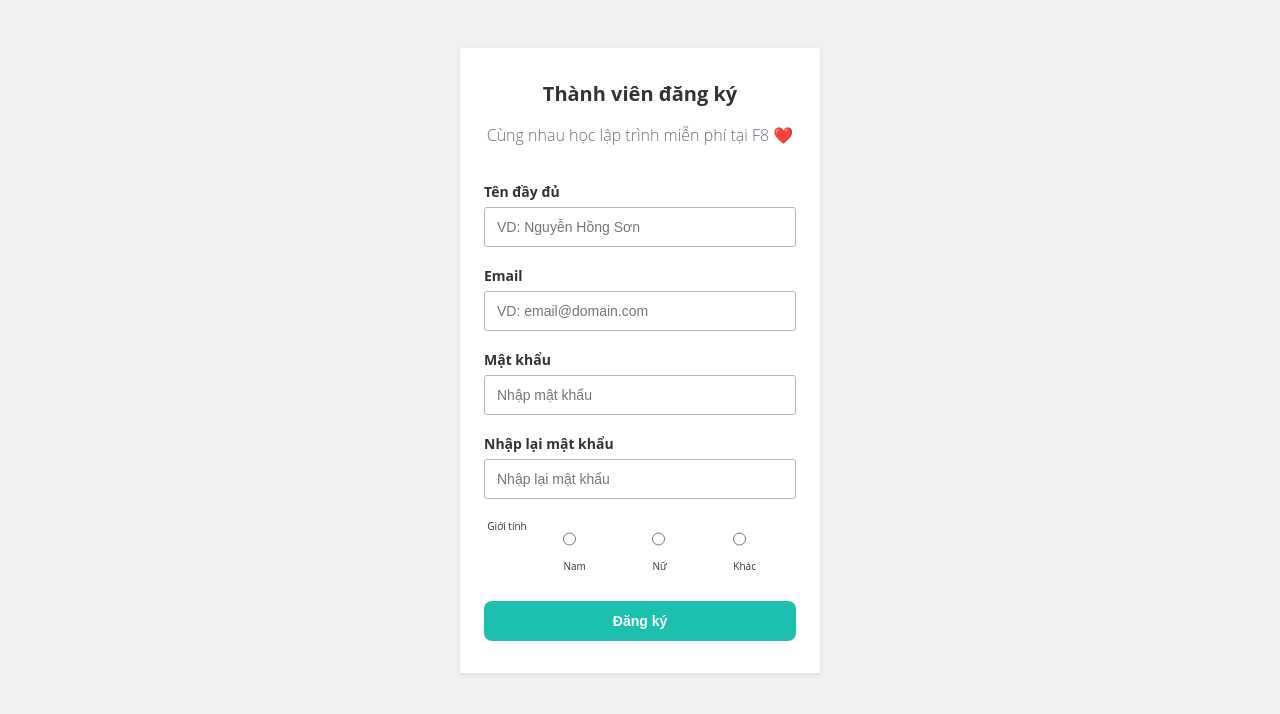
Repository: ahihison/Validation
Page: index.html
An editor plug-in stored every save of this project. The page is shown before and after the next save, followed by the edit.
The browser window is 1280 px wide. The pictures show the whole page.

Above is the page before, as saved 2022-08-31 09:37:16.

### index.html
<!DOCTYPE html>
<html lang="en">
<head>
    <meta charset="UTF-8">
    <meta http-equiv="X-UA-Compatible" content="IE=edge">
    <meta name="viewport" content="width=device-width, initial-scale=1.0">
    <link rel="stylesheet" href="./style.css">
    <title>Document</title>
</head>
<body>
    <div class="container">
        <form action="" method="POST" class="form" id="form-1" >
            <h3 class="heading">Thành viên đăng ký</h3>
            <p class="desc">Cùng nhau học lập trình miễn phí tại F8 ❤️</p>
            <div class="spacer"></div>

            <div class="form-group">
                <label for="fullname" class="form-label" >Tên đầy đủ</label>
                <input type="text" name="fullname" id="fullname" placeholder="VD: Nguyễn Hồng Sơn" class="form-control">
                <span class="form-message"></span>
            </div>
            <div class="form-group">
                <label for="email" class="form-label" >Email</label>
                <input type="text" name="email" id="email" placeholder="VD: email@domain.com" class="form-control">
                <span class="form-message"></span>
            </div>
            <div class="form-group">
                <label for="password" class="form-label" >Mật khẩu</label>
                <input type="password" name="password" id="password" placeholder="Nhập mật khẩu" class="form-control">
                <span class="form-message"></span>
            </div>
            <div class="form-group">
                <label for="password_confirmation" class="form-label" >Nhập lại mật khẩu</label>
                <input type="password" name="password_confirmation" id="password_confirmation" placeholder="Nhập lại mật khẩu" class="form-control">
                <span class="form-message"></span>
            </div>
            <div class="form-group genderformat">
               <span>Giới tính</span>

                <div>
                    <input type="radio" name="gender" value="male" id="gender" class="form-control">
                    <span id="gender">Nam</span>
                </div>
                <div>
                    <input type="radio" name="gender" value="female" id="gender" class="form-control">
                    <span id="gender">Nữ</span>
                </div>
                <div>
                    <input type="radio" name="gender" value="orther" class="form-control" id="gender">
                    <span id="gender">Khác</span>

                </div>
                <span class="form-message"></span>
            </div>


            <button class="form-submit">Đăng ký</button>
        </form>

    </div>
    <script src="./validation.js"> </script>
    <script>
        Validator({
            form:'#form-1',
            formGroupSelector:'.form-group',
            errorSelector: '.form-message',
            rules: [
            Validator.isRequired('#fullname','Vui lòng nhập họ và tên đầy đủ của bạn'),
            Validator.isEmail('#email'),
            Validator.minLength('#password',6),
            Validator.isRequired('#password_confirmation'),
            Validator.isConfirmed('#password_confirmation',function() { return document.querySelector('#form-1 #password').value;

            },'Mật khẩu nhập lại không chính xác'),
            ],
            onSubmit: function(data){
                //Call API
                console.log(data);
            }
        });
    </script>




</body>
</html>

### style.css
*{
    margin: 0;
    padding: 0;
    box-sizing: border-box;

}
html{
    color: #333;
    font-size: 62.5%;
    font-family: "Open Sans", sans-serif;
}

.container{
min-height: 100vh;
display: flex;
justify-content: center;
background: #f1f1f1;

}
.form{
    width: 360px;
    padding: 32px 24px;
    min-height: 100px;
    text-align: center;
    background: #fff;
    border-radius: 2px;
    margin: 24px;
    align-self: center;
    box-shadow: 0 2px 5px 0 rgba(51, 62, 73, 0.1);


}


.form .heading{
    font-size: 2rem;

}
.form .desc {
    text-align: center;
    color: #636d77;
    font-size: 1.6rem;
    line-height: 2.4rem;
    margin-top: 16px;
    font-weight: 300;
  }

.form-group{
     display: flex;
  margin-bottom: 16px;
  flex-direction: column;

}
.form-group #gender {
  display:flex;
 margin: 0 30px;

  }
  .form-group.genderformat{
    display: flex;
    flex-direction: row;
    flex-wrap: wrap;
    align-content: space-between;
    justify-content: space-around;
  }
.form-control{
    height: 40px;
    padding: 8px 12px;
    border: 1px solid #b3b3b3;
    border-radius: 3px;
    outline: none;
    font-size: 1.4rem;
}
.form-control:hover {
    border-color: #1dbfaf;
  }
.form-label,
.form-message{
    text-align: left;

}
.form-label {
    font-weight: 700;
    padding-bottom: 6px;
    line-height: 1.8rem;
    font-size: 1.4rem;
  }

  .form-group.invalid .form-control {
    border-color: #f33a58;
  }
  .form-group.invalid .form-message {
    color: #f33a58;
  }

  .form-message {
    font-size: 1.2rem;
    line-height: 1.6rem;
    padding: 4px 0 0;
  }
  .form-submit {
    outline: none;
    background-color: #1dbfaf;
    margin-top: 12px;
    padding: 12px 16px;
    font-weight: 600;
    color: #fff;
    border: none;
    width: 100%;
    font-size: 14px;
    border-radius: 8px;
    cursor: pointer;
  }
  .form-submit:hover {
    background-color: #1ac7b6;
  }
  .spacer {
    margin-top: 36px;
  }

### validation.js
function Validator(options) {

    function geParent(elements,selector){
        while(elements.parentElement){
            if(elements.parentElement.matches(selector)){
                return elements.parentElement;
            }
              elements = elements.parentElement;
        }
    }

    var selectorRule = {};
    //hàm thực hiện validate
    function validate(inputElement, rule) {

        var errorElement = geParent(inputElement,options.formGroupSelector).querySelector(options.errorSelector);
        var errorMessage;

        //lấy ra các rule của các selector
        var rules = selectorRule[rule.selector];
        //lập qua từng rules và kiểm tra
        //Nếu có lỗi thì dừng việc kiểm tra
        for (var i = 0; i < rules.length; i++) {
            errorMessage = rules[i](inputElement.value);
            if (errorMessage) break;

        }

        if (errorMessage) {
            errorElement.innerText = errorMessage;
            geParent(inputElement,options.formGroupSelector).classList.add('invalid');
        } else {
            errorElement.innerText = '';
            geParent(inputElement,options.formGroupSelector).classList.remove('invalid');
        }
        return !!errorMessage;
    }
    // lấy được form elements
    var formElement = document.querySelector(options.form);

    if (formElement) {
        //Lắng nghe sự kiện onsubmit

        formElement.onsubmit = function (e) {

            e.preventDefault();

            var isFormValid = true;

            // Lặp qua từng rules và validate
            options.rules.forEach(function (rule) {
                var inputElement = formElement.querySelector(rule.selector);
                var isInValid = validate(inputElement, rule);
                if (isInValid) {
                    isFormValid = false;
                }
            });


            if (isFormValid) {
                //Trường hợp submit với js
                if (typeof options.onSubmit === 'function') {
                    var enableInputs = formElement.querySelectorAll('[name]');
                    var formValues = Array.from(enableInputs).reduce(function (values, input) {
                        values[input.name] = input.value;
                        return values;
                    }, {});
                    options.onSubmit(formValues)
                }
                //submit với hành vi mặc định
                else{
                    formElement.submit();
                }
            }

        }





        //Lặp qua mỗi rule xử lí sự kiện (blur click....)
        options.rules.forEach(function (rule) {
            //Lưu lại các  rules cho mỗi input
            if (Array.isArray(selectorRule[rule.selector])) {
                selectorRule[rule.selector].push(rule.test);
            }
            else {
                selectorRule[rule.selector] = [rule.test];
            }


            var inputElement = formElement.querySelector(rule.selector);

            if (inputElement) {
                //Xử lí trường hợp blur ra khỏi input
                inputElement.onblur = function () {

                    validate(inputElement, rule);

                }
                // Xử lí mỗi khi người dùng nhập vào input
                inputElement.oninput = function () {
                    var errorElement = geParent(inputElement,options.formGroupSelector).querySelector(options.errorSelector);
                    errorElement.innerText = '';
                    geParent(inputElement,options.formGroupSelector).classList.remove('invalid');
                }
            }

        }

        );



    }


}

//định nghĩa rules
//Nguyên tắc rules
//1. khi có lỗi : => trả về message
//2. Khi hợp lệ: => ko trả về gì hết (undefined)
Validator.isRequired = function (selector, message) {
    return {
        selector: selector,
        test: function (value) {
            return value.trim() ? undefined : message || "Vui lòng nhập trường này"

        }
    }
}

Validator.isEmail = function (selector, message) {

    return {
        selector: selector,
        test: function (value) {
            var regex = /^[A-Z0-9._%+-]+@[A-Z0-9.-]+\.[A-Z]{2,4}$/i;

            return regex.test(value) ? undefined : message || 'Trường này phải là email'
        }
    }

}
Validator.minLength = function (selector, min, message) {

    return {
        selector: selector,
        test: function (value) {
            return value.length >= min ? undefined : message || `Vui lòng nhập tối thiếu ${min} ký tự`
        }
    }

}

Validator.isConfirmed = function (selector, getconfirmValue, message) {
    return {
        selector: selector,
        test: function (value) {
            return value === getconfirmValue() ? undefined : message || "Giá trị nhập vào không chính xác"
        }

    }

}

After the next save:
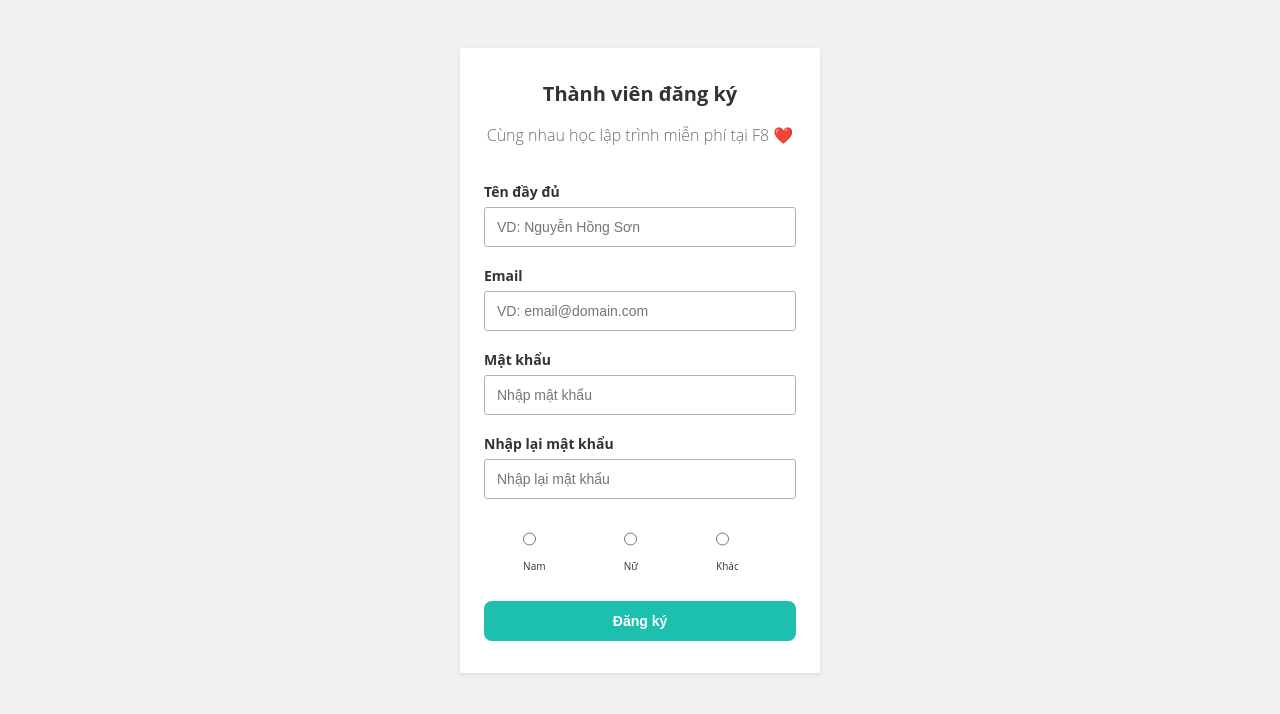
Saved 21 s later.
--- a/index.html
+++ b/index.html
@@ -35,7 +35,7 @@
                 <span class="form-message"></span>
             </div>
             <div class="form-group genderformat">
-               <span>Giới tính</span>
+
 
                 <div>
                     <input type="radio" name="gender" value="male" id="gender" class="form-control">
